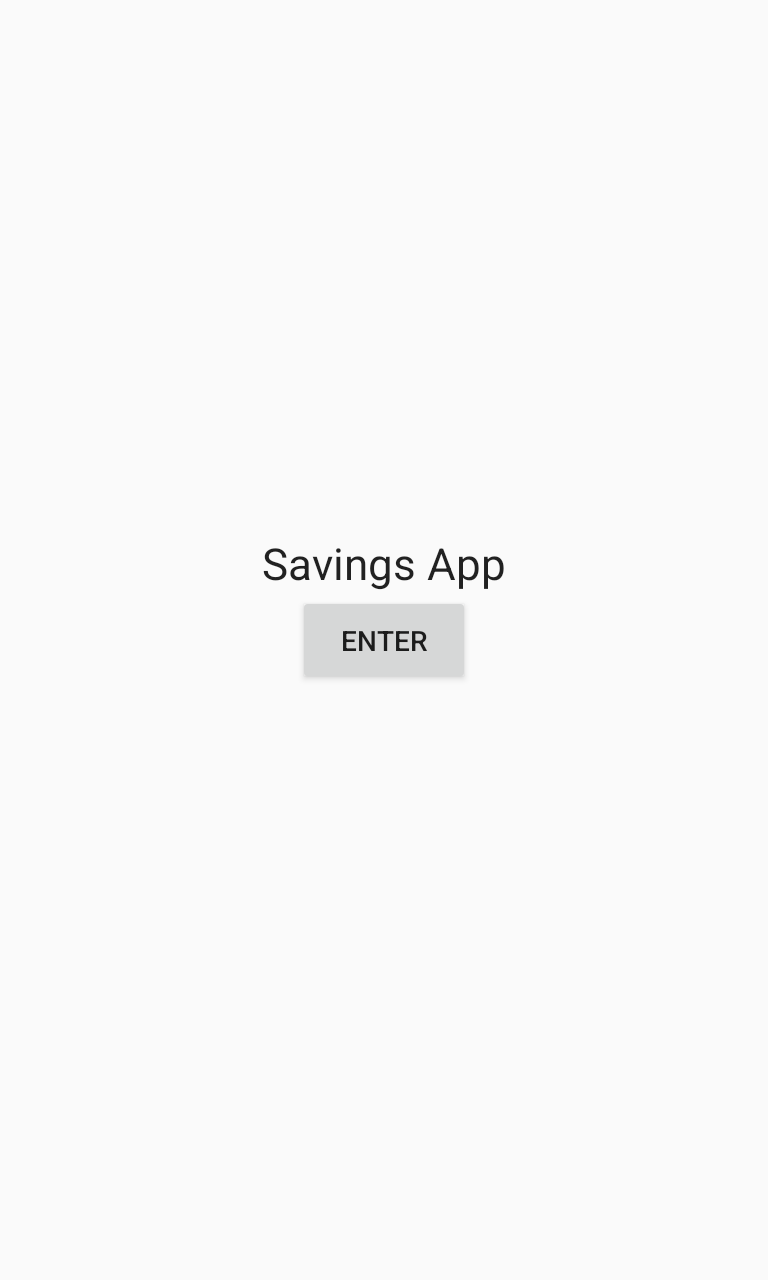
Repository: japheth-starita/SavingsApp
Layout: SavingsApp/res/layout/activity_main.xml
An editor plug-in stored every save of this project. The layout is shown before and after the next save, followed by the edit.
It is drawn on a 768 x 1280 px phone screen (xhdpi) without system bars, with theme AppTheme; the app's code is not run.

Above is the layout before, as saved 2016-02-27 09:17:56.

### SavingsApp/res/layout/activity_main.xml
<RelativeLayout xmlns:android="http://schemas.android.com/apk/res/android"
    xmlns:tools="http://schemas.android.com/tools"
    android:layout_width="match_parent"
    android:layout_height="match_parent"
    android:paddingBottom="@dimen/activity_vertical_margin"
    android:paddingLeft="@dimen/activity_horizontal_margin"
    android:paddingRight="@dimen/activity_horizontal_margin"
    android:paddingTop="@dimen/activity_vertical_margin"
    tools:context="com.cobaltsteel.savingsapp.MainActivity" >

    <TextView
        android:id="@+id/textView1"
        android:layout_width="wrap_content"
        android:layout_height="wrap_content"
        android:layout_above="@+id/btnStart"
        android:layout_centerHorizontal="true"
        android:text="Savings App"
        android:textAppearance="?android:attr/textAppearanceLarge" />

    <Button
        android:id="@+id/btnStart"
        android:layout_width="wrap_content"
        android:layout_height="wrap_content"
        android:layout_centerHorizontal="true"
        android:layout_centerVertical="true"
        android:onClick="startApp"
        android:text="Enter" />

</RelativeLayout>

Loaded but not shown: SavingsApp/res/values/styles.xml (common file); SavingsApp/res/values-v11/styles.xml (common file); SavingsApp/res/values-v14/styles.xml (common file); SavingsApp/res/values/dimens.xml (common file); SavingsApp/res/values-w820dp/dimens.xml (common file)

After the next save:
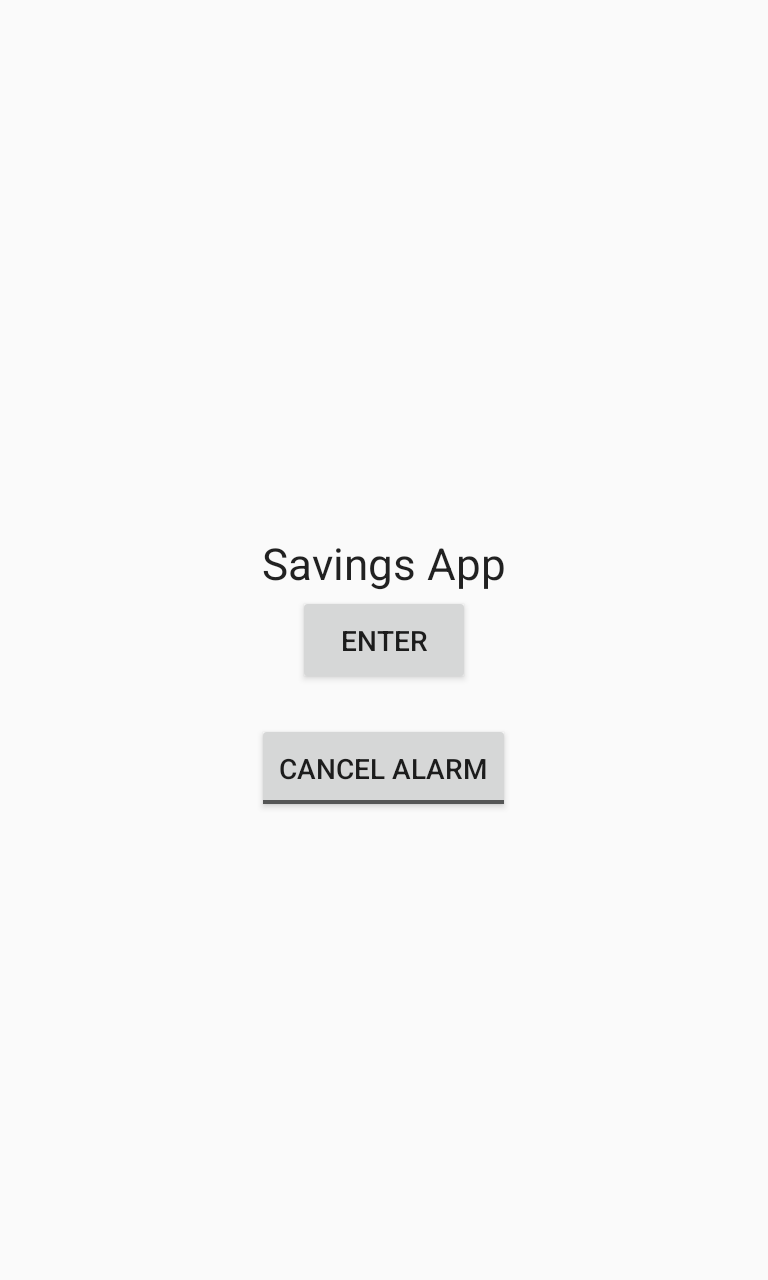
Saved 2 min 5 s later.
--- a/SavingsApp/res/layout/activity_main.xml
+++ b/SavingsApp/res/layout/activity_main.xml
@@ -26,4 +26,14 @@
         android:onClick="startApp"
         android:text="Enter" />
 
+    <ToggleButton
+        android:id="@+id/toggleButton1"
+        android:layout_width="wrap_content"
+        android:layout_height="wrap_content"
+        android:layout_below="@+id/btnStart"
+        android:layout_centerHorizontal="true"
+        android:layout_marginTop="16dp"
+        android:textOn="Alarm is On"
+        android:textOff="Cancel Alarm" />
+
 </RelativeLayout>
